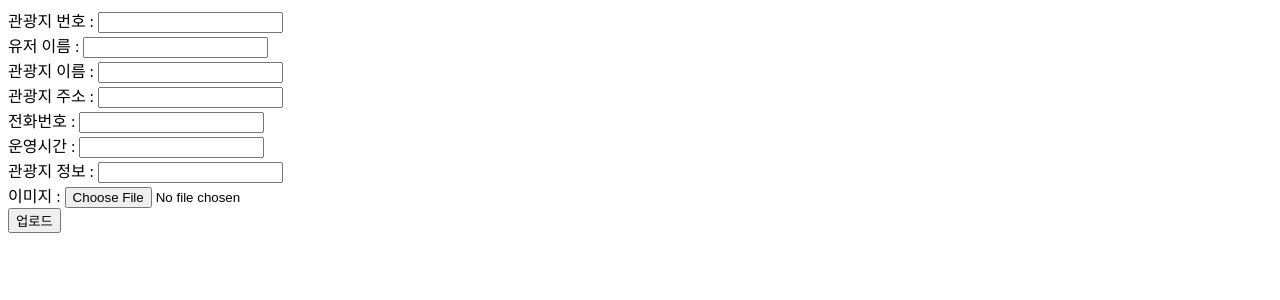
Repository: ExiNni/Travel-Project
Page: http://localhost/project_login/myPage/input_tour_info.jsp
These files come from the project's save history. The page is drawn as it stood at one moment and after the next save; the edit follows.
The browser window is 1280 px wide. The pictures show the whole page.
The page is served by Tomcat 9. Other server files are loaded and not shown.

Above is the page before, as saved 2023-11-14 05:20:31.

### project_login/src/main/webapp/myPage/input_tour_info.jsp
<%@ page language="java" contentType="text/html; charset=EUC-KR"
    pageEncoding="EUC-KR"%>
<!DOCTYPE html>
<html>
<head>
<meta charset="EUC-KR">
<title>Insert title here</title>
</head>
<body>

	<form action="TourServlet" method ="post" enctype="multipart/form-data">
		<label for ="tour_id">관광지 번호 : </label>
		<input type ="text" name="tour_id" id="tour_id" required> <br>

		<label for ="user_id">유저 이름 : </label>
		<input type ="text" name="user_id" id="user_id" required> <br>


		<label for ="tour_name">관광지 이름 : </label>
		<input type ="text" name="tour_name" id="tour_name" required> <br>

		<label for ="tour_location">관광지 주소 : </label>
		<input type ="text" name="tour_location" id="tour_location" required> <br>

		<label for ="tour_phone">전화번호 : </label>
		<input type ="text" name="tour_phone" id="tour_phone" required> <br>

		<label for ="tour_time">운영시간 : </label>
		<input type ="text" name="tour_time" id="tour_time" required> <br>


		<label for ="tour_comment">관광지 정보 : </label>
		<input type ="text" name="tour_comment" id="tour_comment" required> <br>

		<label for="image"> 이미지 : </label>
		<input type = "file" name = "image" id="image" required> <br>

		<button type="submit">업로드</button>

	</form>


</body>
</html>

After the next save:
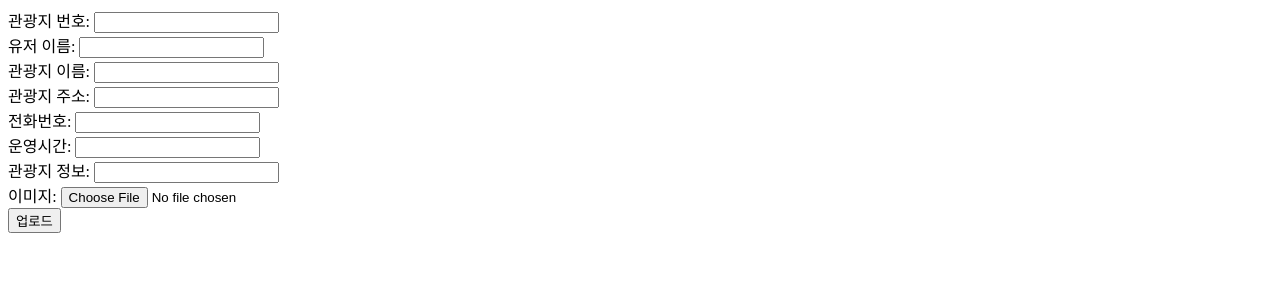
Saved 4 min 18 s later.
--- a/project_login/src/main/webapp/myPage/input_tour_info.jsp
+++ b/project_login/src/main/webapp/myPage/input_tour_info.jsp
@@ -8,36 +8,34 @@
 </head>
 <body>
 
-	<form action="TourServlet" method ="post" enctype="multipart/form-data">
-		<label for ="tour_id">관광지 번호 : </label>
-		<input type ="text" name="tour_id" id="tour_id" required> <br>
+	<form action="TourServlet" method="post" enctype="multipart/form-data">
+    <label for="tour_id">관광지 번호: </label>
+    <input type="text" name="TOUR_ID" id="tour_id" required> <br>
 
-		<label for ="user_id">유저 이름 : </label>
-		<input type ="text" name="user_id" id="user_id" required> <br>
+    <label for="user_id">유저 이름: </label>
+    <input type="text" name="USER_ID" id="user_id" required> <br>
 
+    <label for="tour_name">관광지 이름: </label>
+    <input type="text" name="TOUR_NAME" id="tour_name" required> <br>
 
-		<label for ="tour_name">관광지 이름 : </label>
-		<input type ="text" name="tour_name" id="tour_name" required> <br>
+    <label for="tour_location">관광지 주소: </label>
+    <input type="text" name="TOUR_LOCATION" id="tour_location" required> <br>
 
-		<label for ="tour_location">관광지 주소 : </label>
-		<input type ="text" name="tour_location" id="tour_location" required> <br>
+    <label for="tour_phone">전화번호: </label>
+    <input type="text" name="TOUR_PHONE" id="tour_phone" required> <br>
 
-		<label for ="tour_phone">전화번호 : </label>
-		<input type ="text" name="tour_phone" id="tour_phone" required> <br>
+    <label for="tour_time">운영시간: </label>
+    <input type="text" name="TOUR_TIME" id="tour_time" required> <br>
 
-		<label for ="tour_time">운영시간 : </label>
-		<input type ="text" name="tour_time" id="tour_time" required> <br>
+    <label for="tour_comment">관광지 정보: </label>
+    <input type="text" name="TOUR_COMMENT" id="tour_comment" required> <br>
 
+    <label for="TOUR_IMG">이미지: </label>
+    <input type="file" name="TOUR_IMG" id="TOUR_IMG" required> <br>
 
-		<label for ="tour_comment">관광지 정보 : </label>
-		<input type ="text" name="tour_comment" id="tour_comment" required> <br>
+    <button type="submit">업로드</button>
+</form>
 
-		<label for="image"> 이미지 : </label>
-		<input type = "file" name = "image" id="image" required> <br>
-
-		<button type="submit">업로드</button>
-
-	</form>
 
 
 </body>
